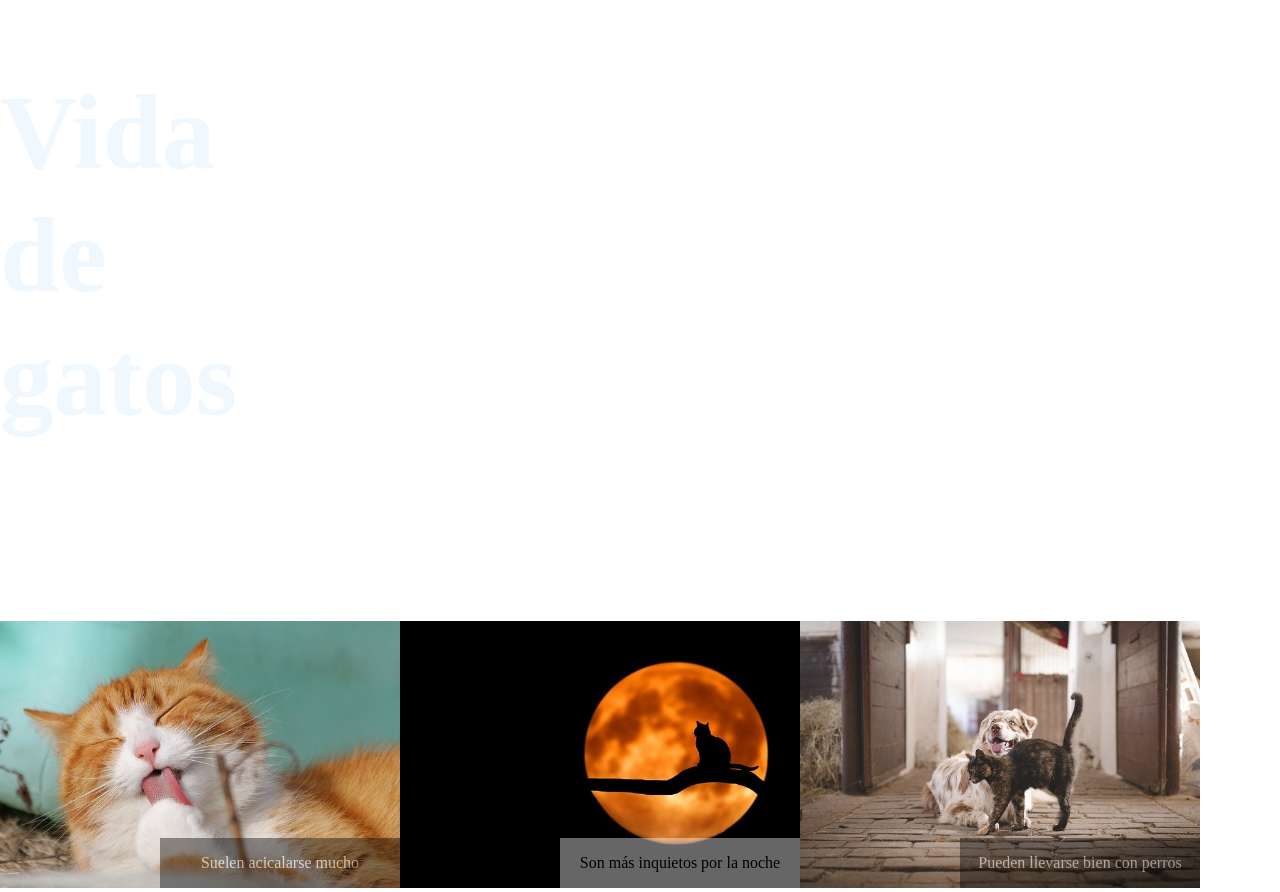
Repository: ScoggoDev/DesarrolloWeb
Page: tarea en equipo 1/tep3/vidadegatos/index.html
An editor plug-in stored every save of this project. The page is shown before and after the next save, followed by the edit.
The browser window is 1280 px wide. The pictures show the whole page.

Above is the page before, as saved 2021-07-14 20:57:34.

### tarea en equipo 1/tep3/vidadegatos/index.html
<!DOCTYPE html>
<html lang="en">
<head>
    <meta charset="UTF-8">
    <meta http-equiv="X-UA-Compatible" content="IE=edge">
    <meta name="viewport" content="width=device-width, initial-scale=1.0">
    <title>Vida de gatos</title>
    <link rel="stylesheet" href="css/estilos.css">

</head>
<body>
    <div class="encabezado">
        <h1 class="titulo">Vida de gatos</h1>
    </div>
    <div class="medio">
        <div class="contenedor-img">
            <img class = "foto" src="images/medio1.jpg" alt="">
            <div class="text-block">

                <p>Suelen acicalarse mucho</p>
              </div>
        </div>

        <div class="contenedor-img">
            <img class = "foto" src="images/medio3.jpg" alt="">
            <div class="text-block-different text-block">

                <p>Son más inquietos por la noche</p>
              </div>

        </div>
        <div class="contenedor-img">
            <img class = "foto" src="images/medio2.jpg" alt="">
            <div class="text-block">

                <p>Pueden llevarse bien con perros</p>
              </div>
        </div>



    </div>

</body>
</html>

### tarea en equipo 1/tep3/vidadegatos/css/estilos.css

.encabezado{
    height: 500px;
    width: 100px;
    background-position: center center;
    background-repeat: no-repeat;
    background-attachment: fixed;
    background-size: cover;
}
body{
    margin: 0px;
}
.titulo{
    text-align: center;
    color: aliceblue;
    font-size: 80pt;
    /*completar*/
}

.foto{
    max-width:400px;
}

.medio{
    display: block;
    padding-top: 50px;
    display: flex;

}

.contenedor-img{
    position: relative;
    display: inline-block;

}

.text-block {
    position: absolute;
    left: 40%;
    top: 80%;
    text-align: center;
    width: 60%;
    color: white;
    background-color: black;
    opacity: 0.4;
}
.text-block-different{
    background-color:white;
    color:black;
    opacity: 0.4;
}

After the next save:
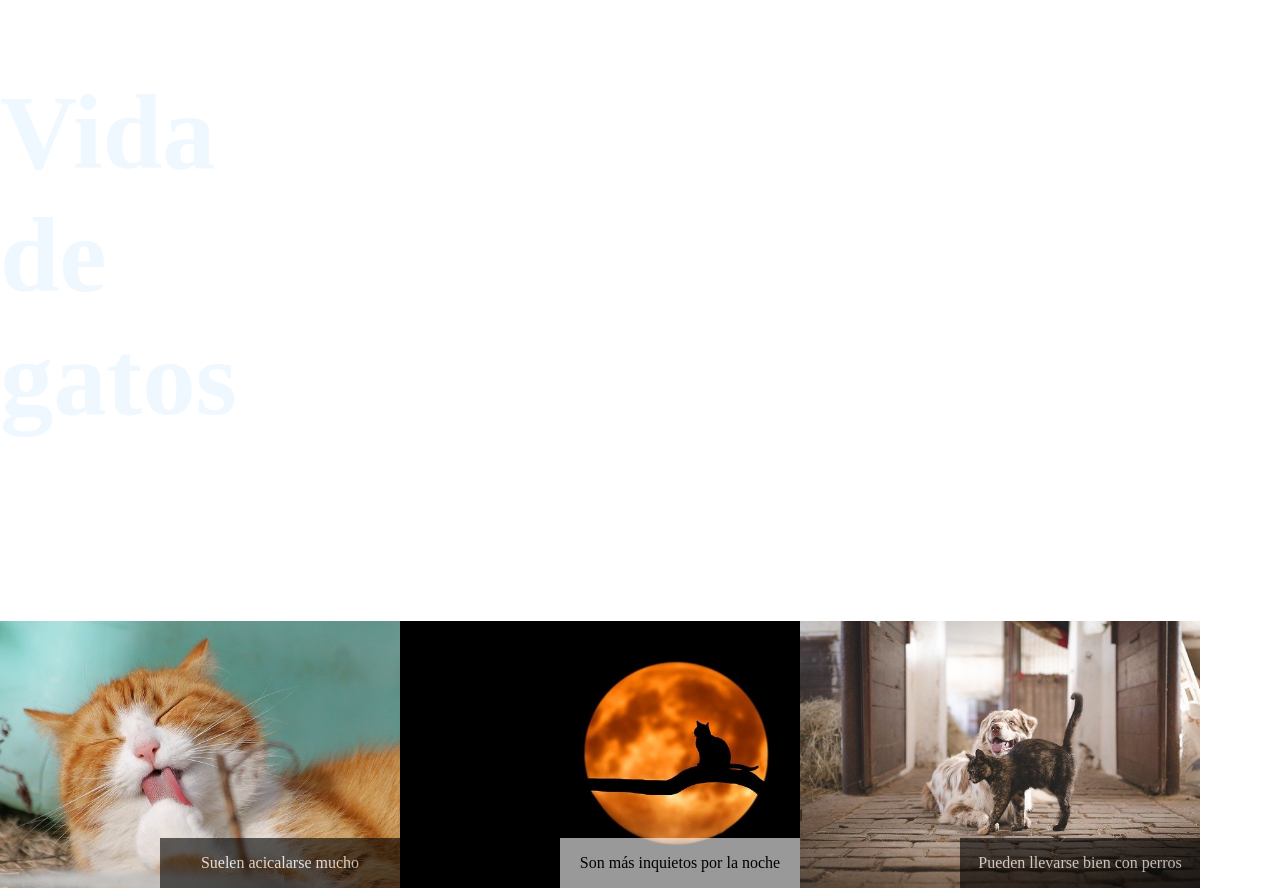
Saved 6 s later.
--- a/tarea en equipo 1/tep3/vidadegatos/css/estilos.css
+++ b/tarea en equipo 1/tep3/vidadegatos/css/estilos.css
@@ -42,10 +42,10 @@ body{
     width: 60%;
     color: white;
     background-color: black;
-    opacity: 0.4;
+    opacity: 0.6;
 }
 .text-block-different{
     background-color:white;
     color:black;
-    opacity: 0.4;
+    opacity: 0.6;
 }
